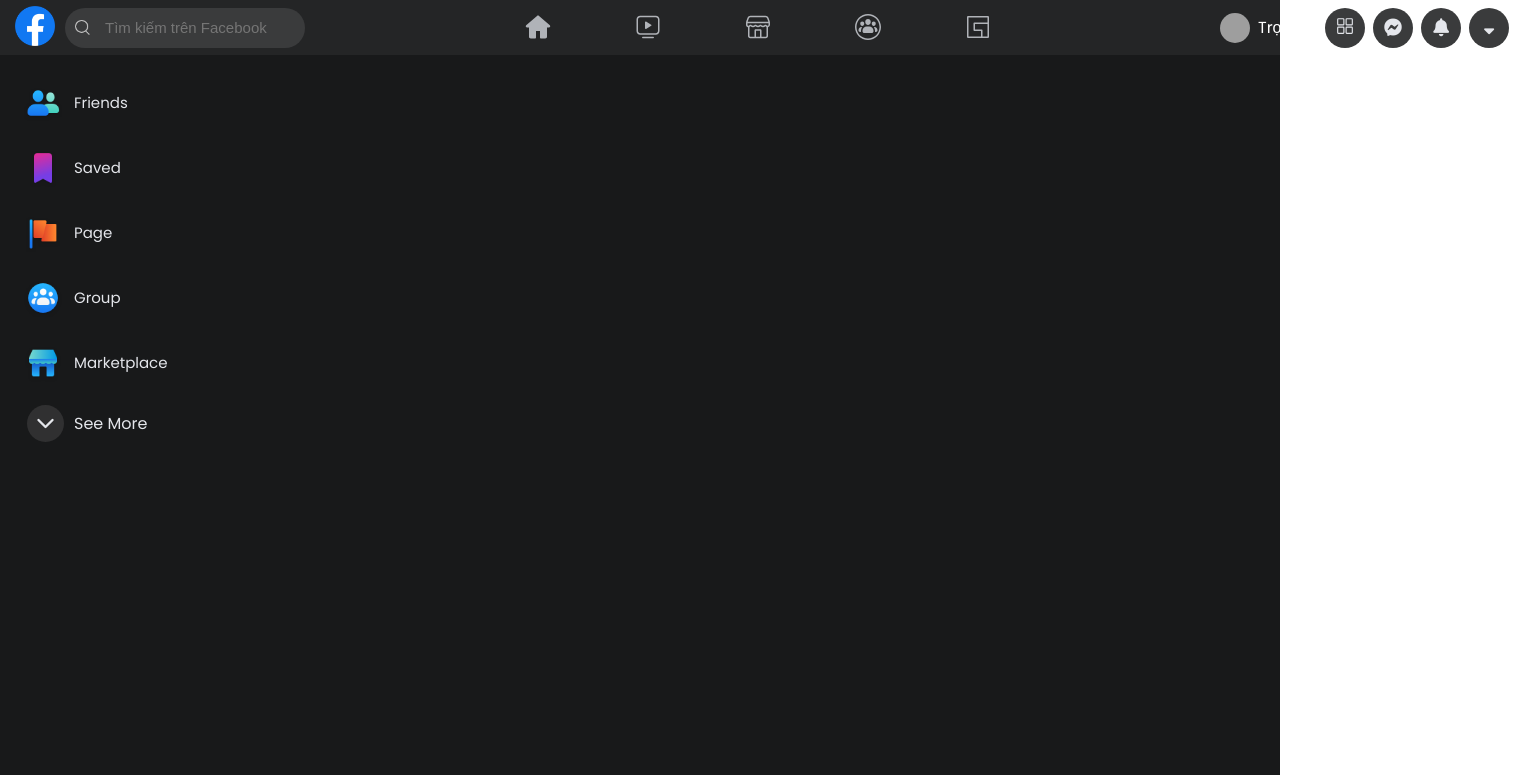
Repository: vanntrong/facebook-clone
Page: index.html
These files come from the project's save history. The page is drawn as it stood at one moment and after the next save; the edit follows.
The browser window is 1280 px wide. The page is 1517 px wide, so the pictures cover 1517 px, including what lies to the right of the window. The pictures show the whole page.
Pictures or frames that could not be fetched are drawn as grey boxes.

Above is the page before, as saved 2021-09-08 18:52:45.

### index.html
<!DOCTYPE html>
<html lang="en">
  <head>
    <meta charset="UTF-8" />
    <meta http-equiv="X-UA-Compatible" content="IE=edge" />
    <meta name="viewport" content="width=device-width, initial-scale=1.0" />
    <title>Facebook</title>
    <link rel="stylesheet" href="./assets/css/reset.css" />
    <link rel="stylesheet" href="./assets/css/base.css" />
    <link rel="stylesheet" href="./assets/css/style.css" />
    <link rel="stylesheet" href="./assets/fonts/fontawesome-free-5.15.4-web/css/all.css" />
    <script type="module" src="https://unpkg.com/ionicons@5.5.2/dist/ionicons/ionicons.esm.js"></script>
    <script nomodule src="https://unpkg.com/ionicons@5.5.2/dist/ionicons/ionicons.js"></script>
    <style>
      @import url("https://fonts.googleapis.com/css2?family=Poppins:wght@300;400;500;600;700&display=swap");
    </style>
  </head>
  <body>
    <!-- header -->
    <header class="header">
      <div class="header__nav-left">
        <div class="header__logo">
          <a href="" class="header__logo-link">
            <img src="./assets/images/logo.png" alt="Logo Facebook" class="header__logo-img" />
          </a>
        </div>
        <div class="header__search">
          <img src="./assets/images/search.png" class="header__search-img" />
          <input type="text" class="header__search-input" placeholder="Tìm kiếm trên Facebook" />
        </div>
      </div>

      <div class="header__nav-center">
        <ul class="header__nav-list">
          <li class="header__nav-item">
            <div class="header-item-link">
              <a href="#" class="header-item-icon">
                <svg viewBox="0 0 28 28" class="a8c37x1j ms05siws hwsy1cff b7h9ocf4 aaxa7vy3" height="28" width="28">
                  <path
                    d="M25.825 12.29C25.824 12.289 25.823 12.288 25.821 12.286L15.027 2.937C14.752 2.675 14.392 2.527 13.989 2.521 13.608 2.527 13.248 2.675 13.001 2.912L2.175 12.29C1.756 12.658 1.629 13.245 1.868 13.759 2.079 14.215 2.567 14.479 3.069 14.479L5 14.479 5 23.729C5 24.695 5.784 25.479 6.75 25.479L11 25.479C11.552 25.479 12 25.031 12 24.479L12 18.309C12 18.126 12.148 17.979 12.33 17.979L15.67 17.979C15.852 17.979 16 18.126 16 18.309L16 24.479C16 25.031 16.448 25.479 17 25.479L21.25 25.479C22.217 25.479 23 24.695 23 23.729L23 14.479 24.931 14.479C25.433 14.479 25.921 14.215 26.132 13.759 26.371 13.245 26.244 12.658 25.825 12.29"
                  ></path>
                </svg>
              </a>
            </div>
          </li>
          <li class="header__nav-item">
            <div class="header-item-link">
              <a href="#" class="header-item-icon">
                <svg viewBox="0 0 28 28" class="a8c37x1j ms05siws hwsy1cff b7h9ocf4 em6zcovv" height="28" width="28">
                  <path
                    d="M8.75 25.25C8.336 25.25 8 24.914 8 24.5 8 24.086 8.336 23.75 8.75 23.75L19.25 23.75C19.664 23.75 20 24.086 20 24.5 20 24.914 19.664 25.25 19.25 25.25L8.75 25.25ZM17.163 12.846 12.055 15.923C11.591 16.202 11 15.869 11 15.327L11 9.172C11 8.631 11.591 8.297 12.055 8.576L17.163 11.654C17.612 11.924 17.612 12.575 17.163 12.846ZM21.75 20.25C22.992 20.25 24 19.242 24 18L24 6.5C24 5.258 22.992 4.25 21.75 4.25L6.25 4.25C5.008 4.25 4 5.258 4 6.5L4 18C4 19.242 5.008 20.25 6.25 20.25L21.75 20.25ZM21.75 21.75 6.25 21.75C4.179 21.75 2.5 20.071 2.5 18L2.5 6.5C2.5 4.429 4.179 2.75 6.25 2.75L21.75 2.75C23.821 2.75 25.5 4.429 25.5 6.5L25.5 18C25.5 20.071 23.821 21.75 21.75 21.75Z"
                  ></path>
                </svg>
              </a>
            </div>
          </li>
          <li class="header__nav-item">
            <div class="header-item-link">
              <a href="#" class="header-item-icon">
                <svg viewBox="0 0 28 28" class="a8c37x1j ms05siws hwsy1cff b7h9ocf4 em6zcovv" height="28" width="28">
                  <path
                    d="M17.5 23.75 21.75 23.75C22.164 23.75 22.5 23.414 22.5 23L22.5 14 22.531 14C22.364 13.917 22.206 13.815 22.061 13.694L21.66 13.359C21.567 13.283 21.433 13.283 21.34 13.36L21.176 13.497C20.591 13.983 19.855 14.25 19.095 14.25L18.869 14.25C18.114 14.25 17.382 13.987 16.8 13.506L16.616 13.354C16.523 13.278 16.39 13.278 16.298 13.354L16.113 13.507C15.53 13.987 14.798 14.25 14.044 14.25L13.907 14.25C13.162 14.25 12.439 13.994 11.861 13.525L11.645 13.35C11.552 13.275 11.419 13.276 11.328 13.352L11.155 13.497C10.57 13.984 9.834 14.25 9.074 14.25L8.896 14.25C8.143 14.25 7.414 13.989 6.832 13.511L6.638 13.351C6.545 13.275 6.413 13.275 6.32 13.351L5.849 13.739C5.726 13.84 5.592 13.928 5.452 14L5.5 14 5.5 23C5.5 23.414 5.836 23.75 6.25 23.75L10.5 23.75 10.5 17.5C10.5 16.81 11.06 16.25 11.75 16.25L16.25 16.25C16.94 16.25 17.5 16.81 17.5 17.5L17.5 23.75ZM3.673 8.75 24.327 8.75C24.3 8.66 24.271 8.571 24.238 8.483L23.087 5.355C22.823 4.688 22.178 4.25 21.461 4.25L6.54 4.25C5.822 4.25 5.177 4.688 4.919 5.338L3.762 8.483C3.729 8.571 3.7 8.66 3.673 8.75ZM24.5 10.25 3.5 10.25 3.5 12C3.5 12.414 3.836 12.75 4.25 12.75L4.421 12.75C4.595 12.75 4.763 12.69 4.897 12.58L5.368 12.193C6.013 11.662 6.945 11.662 7.59 12.193L7.784 12.352C8.097 12.609 8.49 12.75 8.896 12.75L9.074 12.75C9.483 12.75 9.88 12.607 10.194 12.345L10.368 12.2C11.01 11.665 11.941 11.659 12.589 12.185L12.805 12.359C13.117 12.612 13.506 12.75 13.907 12.75L14.044 12.75C14.45 12.75 14.844 12.608 15.158 12.35L15.343 12.197C15.989 11.663 16.924 11.663 17.571 12.197L17.755 12.35C18.068 12.608 18.462 12.75 18.869 12.75L19.095 12.75C19.504 12.75 19.901 12.606 20.216 12.344L20.38 12.208C21.028 11.666 21.972 11.666 22.62 12.207L23.022 12.542C23.183 12.676 23.387 12.75 23.598 12.75 24.097 12.75 24.5 12.347 24.5 11.85L24.5 10.25ZM24 14.217 24 23C24 24.243 22.993 25.25 21.75 25.25L6.25 25.25C5.007 25.25 4 24.243 4 23L4 14.236C2.875 14.112 2 13.158 2 12L2 9.951C2 9.272 2.12 8.6 2.354 7.964L3.518 4.802C4.01 3.563 5.207 2.75 6.54 2.75L21.461 2.75C22.793 2.75 23.99 3.563 24.488 4.819L25.646 7.964C25.88 8.6 26 9.272 26 9.951L26 11.85C26 13.039 25.135 14.026 24 14.217ZM16 23.75 16 17.75 12 17.75 12 23.75 16 23.75Z"
                  ></path>
                </svg>
              </a>
            </div>
          </li>
          <li class="header__nav-item">
            <div class="header-item-link">
              <a href="#" class="header-item-icon">
                <svg viewBox="0 0 28 28" class="a8c37x1j ms05siws hwsy1cff b7h9ocf4 em6zcovv" height="28" width="28">
                  <path
                    d="M25.5 14C25.5 7.649 20.351 2.5 14 2.5 7.649 2.5 2.5 7.649 2.5 14 2.5 20.351 7.649 25.5 14 25.5 20.351 25.5 25.5 20.351 25.5 14ZM27 14C27 21.18 21.18 27 14 27 6.82 27 1 21.18 1 14 1 6.82 6.82 1 14 1 21.18 1 27 6.82 27 14ZM7.479 14 7.631 14C7.933 14 8.102 14.338 7.934 14.591 7.334 15.491 6.983 16.568 6.983 17.724L6.983 18.221C6.983 18.342 6.99 18.461 7.004 18.578 7.03 18.802 6.862 19 6.637 19L6.123 19C5.228 19 4.5 18.25 4.5 17.327 4.5 15.492 5.727 14 7.479 14ZM20.521 14C22.274 14 23.5 15.492 23.5 17.327 23.5 18.25 22.772 19 21.878 19L21.364 19C21.139 19 20.97 18.802 20.997 18.578 21.01 18.461 21.017 18.342 21.017 18.221L21.017 17.724C21.017 16.568 20.667 15.491 20.067 14.591 19.899 14.338 20.067 14 20.369 14L20.521 14ZM8.25 13C7.147 13 6.25 11.991 6.25 10.75 6.25 9.384 7.035 8.5 8.25 8.5 9.465 8.5 10.25 9.384 10.25 10.75 10.25 11.991 9.353 13 8.25 13ZM19.75 13C18.647 13 17.75 11.991 17.75 10.75 17.75 9.384 18.535 8.5 19.75 8.5 20.965 8.5 21.75 9.384 21.75 10.75 21.75 11.991 20.853 13 19.75 13ZM15.172 13.5C17.558 13.5 19.5 15.395 19.5 17.724L19.5 18.221C19.5 19.202 18.683 20 17.677 20L10.323 20C9.317 20 8.5 19.202 8.5 18.221L8.5 17.724C8.5 15.395 10.441 13.5 12.828 13.5L15.172 13.5ZM16.75 9C16.75 10.655 15.517 12 14 12 12.484 12 11.25 10.655 11.25 9 11.25 7.15 12.304 6 14 6 15.697 6 16.75 7.15 16.75 9Z"
                  ></path>
                </svg>
              </a>
            </div>
          </li>
          <li class="header__nav-item">
            <div class="header-item-link">
              <a href="#" class="header-item-icon">
                <svg viewBox="0 0 28 28" class="a8c37x1j ms05siws hwsy1cff b7h9ocf4 em6zcovv" height="28" width="28">
                  <path
                    d="M23.5 9.5H10.25a.75.75 0 00-.75.75v7c0 .414.336.75.75.75H17v5.5H4.5v-19h19v5zm0 14h-5v-6.25a.75.75 0 00-.75-.75H11V11h12.5v12.5zm1.5.25V4.25C25 3.561 24.439 3 23.75 3H4.25C3.561 3 3 3.561 3 4.25v19.5c0 .689.561 1.25 1.25 1.25h19.5c.689 0 1.25-.561 1.25-1.25z"
                  ></path>
                </svg>
              </a>
            </div>
          </li>
        </ul>
      </div>

      <div class="header__nav-right">
        <div class="header__nav-user">
          <img
            src="https://scontent.fsgn8-1.fna.fbcdn.net/v/t1.6435-1/p240x240/210197760_1699894010195731_8413836282276662202_n.jpg?_nc_cat=108&ccb=1-5&_nc_sid=7206a8&_nc_ohc=VyKzTsO_4DMAX9YWiV5&tn=ZfnwPn3exKDbVvbU&_nc_ht=scontent.fsgn8-1.fna&oh=88a15a829e8b30a39c7311926931e93a&oe=615D2151"
            class="header__nav-user-img"
          />
          <span class="header__nav-user-name">Trọng</span>
        </div>
        <div class="header__nav-menu">
          <ul class="header-menu-list">
            <li class="header-menu-item">
              <div class="header-menu-link">
                <a href="#" class="header-menu-icon">
                  <ion-icon name="grid-outline"></ion-icon>
                </a>
              </div>
            </li>
            <li class="header-menu-item">
              <div class="header-menu-link">
                <a href="#" class="header-menu-icon">
                  <i class="fab fa-facebook-messenger"></i>
                </a>
              </div>
            </li>
            <li class="header-menu-item">
              <div class="header-menu-link">
                <a href="#" class="header-menu-icon">
                  <i class="fas fa-bell"></i>
                </a>
              </div>
            </li>
            <li class="header-menu-item">
              <div class="header-menu-link">
                <a href="#" class="header-menu-icon">
                  <i class="fas fa-sort-down"></i>
                </a>
              </div>
            </li>
          </ul>
        </div>
      </div>
    </header>

    <!-- container -->
    <div class="app__container">
      <!-- left-sidebar -->
      <div class="left-sidebar">
        <div class="imp-links">
          <a class="imp-links-link" href="#"><img src="./assets/images/friends.png" />Friends</a>
          <a class="imp-links-link" href="#"><img src="./assets/images/saved.png" />Saved</a>
          <a class="imp-links-link" href="#"><img src="./assets/images/pages.png" />Page</a>
          <a class="imp-links-link" href="#"><img src="./assets/images/group.png" />Group</a>
          <a class="imp-links-link" href="#"><img src="./assets/images/marketplace.png" />Marketplace</a>
          <div class="sidebar-see-more">
            <div class="see-more-icon">
              <ion-icon name="chevron-down-outline"></ion-icon>
            </div>
            <span class="see-more-text">See More</span>
          </div>
        </div>
      </div>
      <div class="main-content"></div>
      <div class="right-sidebar"></div>
    </div>

    <footer class="footer"></footer>
  </body>
</html>

### assets/css/base.css
:root {
  --primary-color: #242526;
}

html {
  font-family: "Poppins", sans-serif;
}

* {
  box-sizing: border-box;
}

### assets/css/style.css
.header {
  display: flex;
  align-items: center;
  height: 55px;
  background-color: var(--primary-color);
}

.header__nav-left {
  display: flex;
  align-items: center;
  height: 100%;
}

.header__logo {
  margin-left: 15px;
  margin-right: 10px;
}

.header__logo-link {
  text-decoration: none;
  color: transparent;
}

.header__logo-img {
  width: 40px;
  height: 40px;
}

.header__search {
  background-color: #3a3b3c;
  width: 240px;
  height: 40px;
  border-radius: 20px;
  display: flex;
  align-items: center;
  color: #9ea1a6;
}
.header__search-img {
  width: 15px;
  margin: 10px;
}
.header__search-input {
  width: 100%;
  color: #fff;
  font-weight: 300;
  font-size: 15px;
  background-color: transparent;
  outline: none;
  padding: 0 5px;
  border: 0;
}

.header__nav-center {
  width: 545px;
  height: 100%;
  margin: 0 160px;
}

.header__nav-list {
  display: flex;
  align-items: center;
  list-style: none;
  height: 100%;
}

.header__nav-item {
  width: 110px;
  height: 100%;
  padding: 0 20px;
}

.header-item-link {
  width: 105px;
  height: 53px;
  align-items: center;
  justify-content: center;
  transition: height linear 0.1s;
}

.header-item-link:hover {
  background-color: #4d4c4c;
  border-radius: 10px;
}

.header-item-icon {
  color: #fff;
  fill: #b0b3b8;
  width: 100%;
  height: 100%;
  display: flex;
  align-items: center;
  justify-content: center;
}

.header__nav-right {
  display: flex;
  align-items: center;
  flex: 1;
  height: 100%;
  margin-left: 50px;
}

.header__nav-user {
  display: flex;
  align-items: center;
  margin-right: 20px;
  width: 85px;
  height: 40px;
}

.header__nav-user:hover {
  background-color: #3a3b3c;
  border-radius: 20px;
}

.header__nav-user-img {
  width: 30px;
  height: 30px;
  border-radius: 50%;
}

.header__nav-user-name {
  color: #fff;
  font-size: 16px;
  padding-left: 8px;
  cursor: pointer;
}

.header__nav-menu {
}

.header-menu-list {
  display: flex;
  align-items: center;
  justify-content: space-between;
}

.header-menu-link {
  display: flex;
  align-items: center;
  justify-content: center;
  font-size: 18px;
  margin: 0 8px 0 0;
  background-color: #3a3b3c;
  width: 40px;
  height: 40px;
  border-radius: 50%;
}

.header-menu-link:hover {
  background-color: #595b5c;
}

.header-menu-icon {
  color: #e4e6eb;
  display: block;
}

/* container */
.app__container {
  display: flex;
  justify-content: space-between;
  padding: 25px 0;
  background-color: #18191a;
  height: 100vh;
}

.left-sidebar {
  flex-basis: 25%;
  position: relative;
  margin-left: 12px;
}

.imp-links {
  display: flex;
  flex-direction: column;
}

.imp-links-link {
  height: 45px;
  width: 100%;
}

.imp-links a {
  font-size: 15px;
  color: #e4e6eb;
  text-decoration: none;
  margin-bottom: 20px;
  display: flex;
  align-items: center;
}

.imp-links a img {
  width: 38px;
  height: 38px;
  margin: 0 12px;
}

.sidebar-see-more {
  color: #e4e6eb;
  display: flex;
  align-items: center;
  width: 100%;
}

.sidebar-see-more:hover {
  background-color: #4c4c4e;
  border-radius: 15px;
  cursor: pointer;
}

.see-more-icon {
  font-size: 25px;
  width: 37px;
  height: 37px;
  display: flex;
  align-items: center;
  justify-content: center;
  /* margin: 0 15px; */
  margin-left: 15px;
  margin-right: 10px;
  background-color: #303031;
  border-radius: 50%;
}

.main-content {
  flex-basis: 47%;
}

.right-sidebar {
  flex-basis: 25%;
}

Loaded but not shown: assets/css/reset.css (common file); assets/fonts/fontawesome-free-5.15.4-web/css/all.css (library)

After the next save:
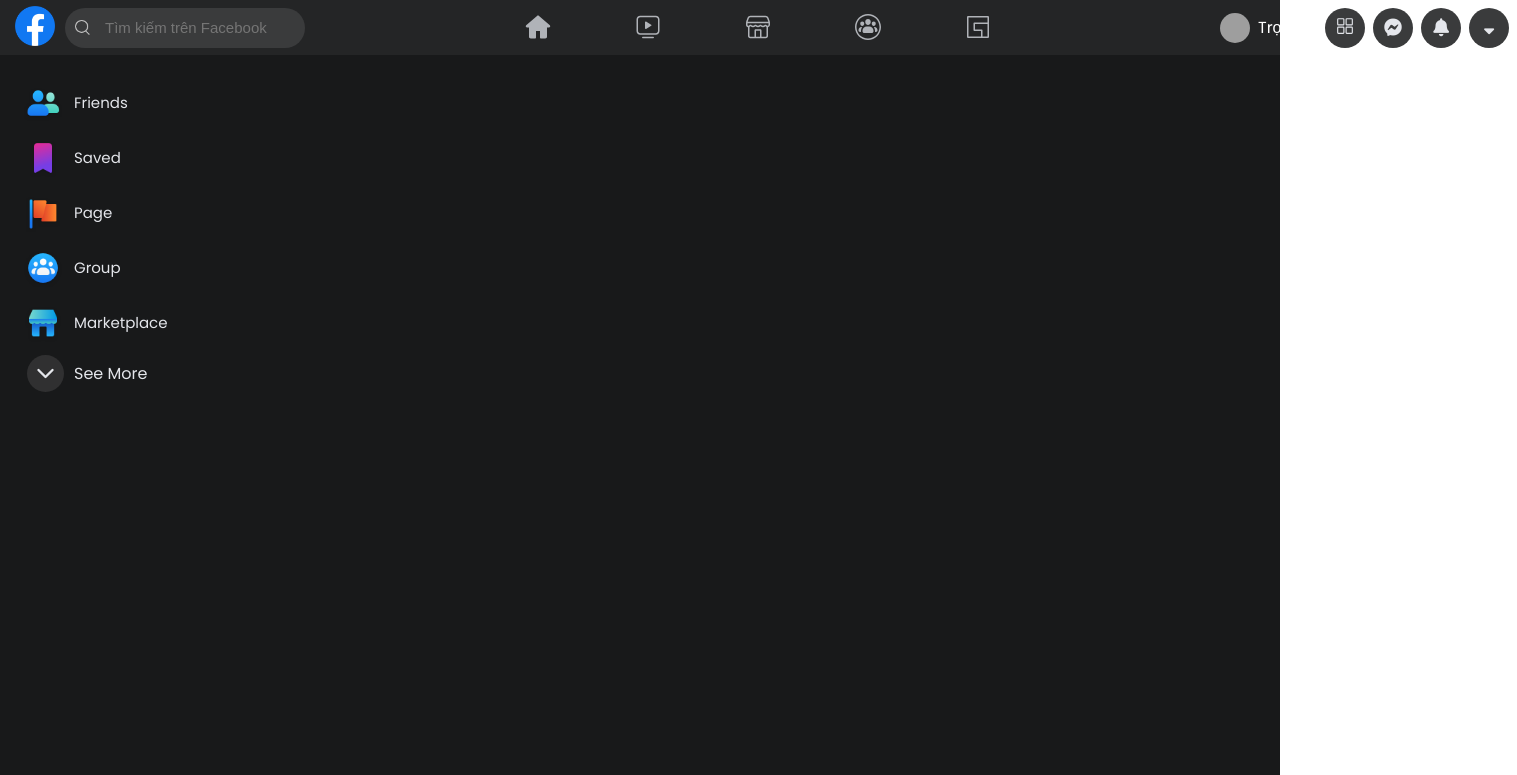
Saved 35 s later.
--- a/assets/css/style.css
+++ b/assets/css/style.css
@@ -181,11 +181,17 @@
   width: 100%;
 }
 
+.imp-links-link:hover {
+  background-color: #4c4c4e;
+  border-radius: 15px;
+  cursor: pointer;
+}
+
 .imp-links a {
   font-size: 15px;
   color: #e4e6eb;
   text-decoration: none;
-  margin-bottom: 20px;
+  margin-bottom: 10px;
   display: flex;
   align-items: center;
 }
